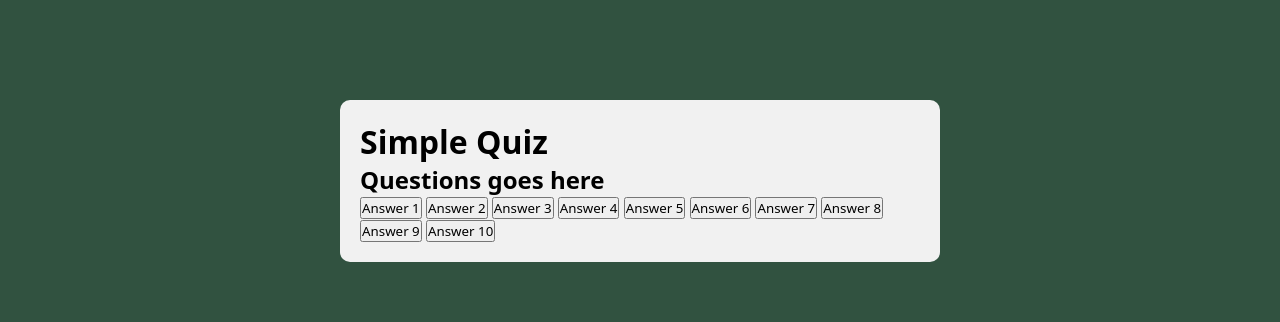
Repository: VickyJacob23/Quiz-App
Page: index.html
These files come from the project's save history. The page is drawn as it stood at one moment and after the next save; the edit follows.
The browser window is 1280 px wide. The pictures show the whole page.

Above is the page before, as saved 2024-08-04 16:35:11.

### index.html
<!DOCTYPE html>
<html lang="en">
<head>
    <meta charset="UTF-8">
    <meta name="viewport" content="width=device-width, initial-scale=1.0">
    <title>Quiz App</title>
    <link rel="stylesheet" href="styles.css">
</head>
<body>
    <div class="app">
        <h1>Simple Quiz</h1>
        <div class="quiz">
            <h2 id="question">Questions goes here</h2>
            <div id="answer-buttons">
                <button class="btn">Answer 1</button>
                <button class="btn">Answer 2</button>
                <button class="btn">Answer 3</button>
                <button class="btn">Answer 4</button>
                <button class="btn">Answer 5</button>
                <button class="btn">Answer 6</button>
                <button class="btn">Answer 7</button>
                <button class="btn">Answer 8</button>
                <button class="btn">Answer 9</button>
                <button class="btn">Answer 10 </button>
            </div>
        </div>
    </div>
</body>
</html>

### styles.css
*{
    margin: 0;
    padding: 0;
    box-sizing: border-box;
    font-family: system-ui, -apple-system, BlinkMacSystemFont, 'Segoe UI', Roboto, Oxygen, Ubuntu, Cantarell, 'Open Sans', 'Helvetica Neue', sans-serif;
}

body{
    background-color: #315240;

}
.app{
    width:90%;
    max-width: 600px;
    background-color:#f1f1f1;
    padding: 20px;
    border-radius: 10px;
    margin: 100px auto 0;
}
.app h1{

}

After the next save:
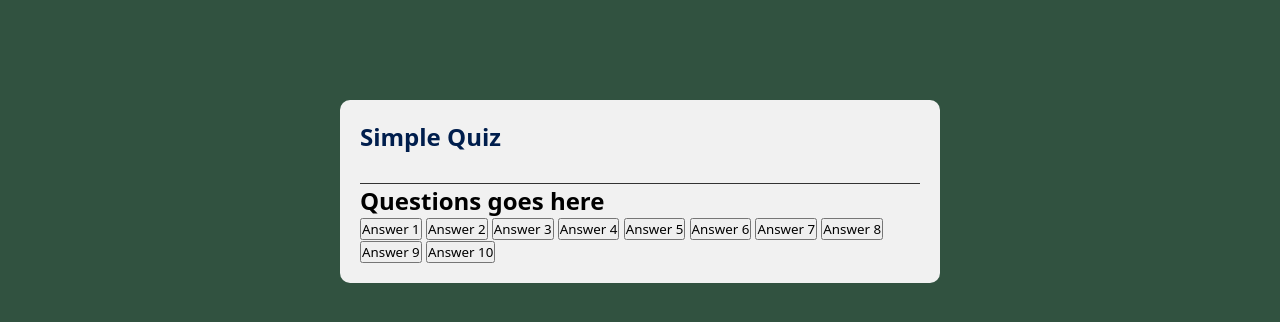
Saved 2 min 34 s later.
--- a/styles.css
+++ b/styles.css
@@ -18,5 +18,9 @@
     margin: 100px auto 0;
 }
 .app h1{
-
+    font-size: 24px;
+    font-weight: 600;
+    color: #001e4d;
+    border-bottom: 1px solid #333;
+    padding-bottom: 30px;
 }
